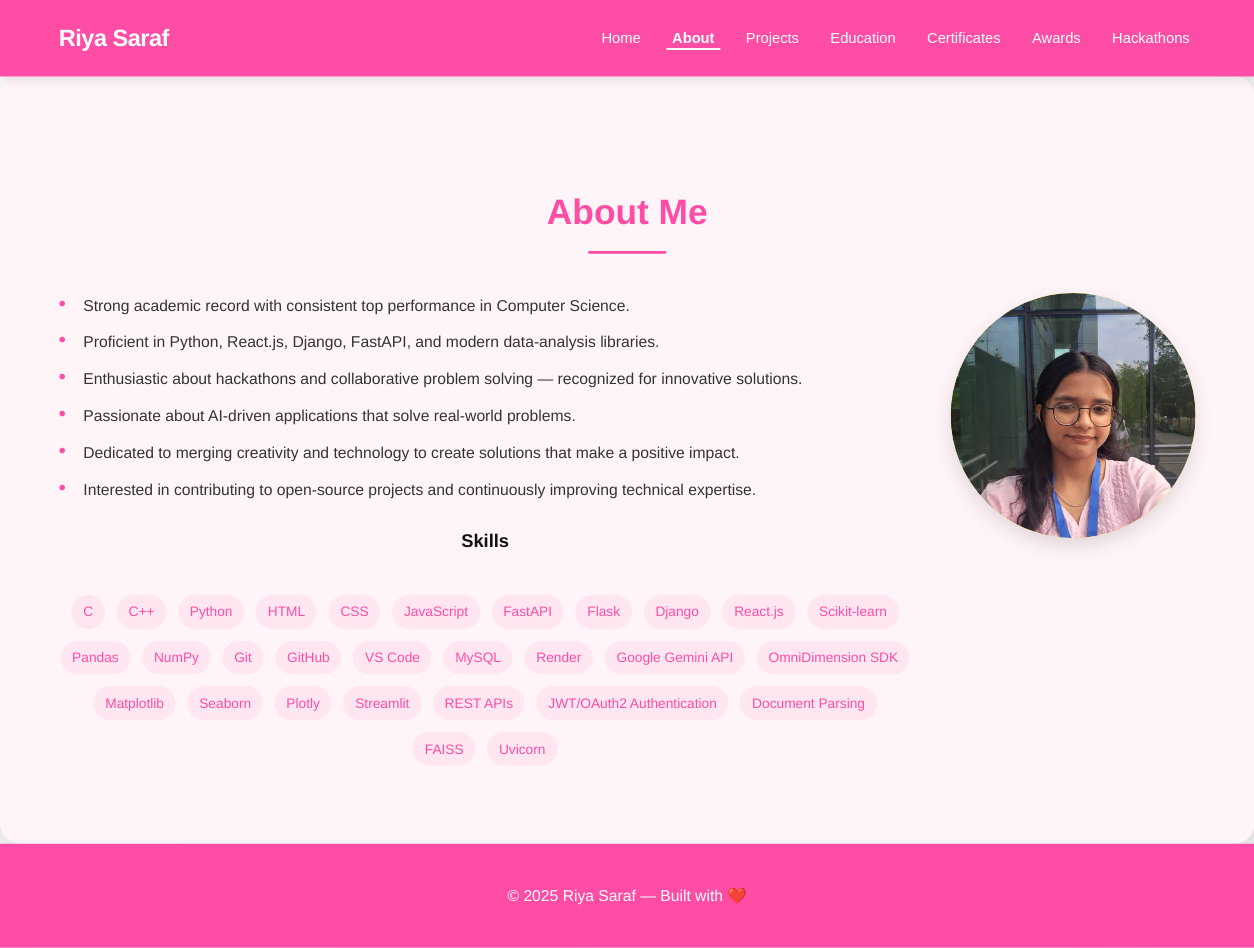
Repository: riyaaaa19/riya-portfolio
Page: /, after clicking the first element matching `nav > :nth-child(2)`
The author's editor kept a copy of each file at every save. The page is drawn from the files as they stood at one save, then again after the next save.
The browser window is 1280 px wide. The pictures show the whole page, at 98% of full size.
The project was rebuilt for these pictures with package versions that can differ from the ones it lists, and the page was loaded fresh each time. Also part of the build but not shown: src/components/TimelineCard.js.

Above is the page before, as saved 2025-09-14 15:49:25.

### src/App.js
import React, { useState } from "react";
import { Mail, Github, Linkedin } from "lucide-react";
import TimelineCard from "./components/TimelineCard";
import "./styles.css";

export default function RiyaSarafPortfolio() {
  const [activePage, setActivePage] = useState("home");

  // ===== Data Sections =====
  const projects = [
    {
      title: "Leave Management System",
      tech: "React.js, FastAPI, PostgreSQL, JWT",
      desc: "Full-stack app for managing employee leave requests with role-based access and JWT authentication.",
      github: "https://github.com/riyaaaa19/leave-management-system",
      img: "/images/leave.png",
    },
    {
      title: "Genomic Analysis Web Application",
      tech: "Python, Django, Scikit-learn, Pandas",
      desc: "Django app for genomic data analysis with ML model selection, preprocessing and visualizations.",
      github: "https://github.com/riyaaaa19/genomic-analysis-django",
      img: "/images/genomics.png",
    },
    {
      title: "CyberSaarthi – Phishing & Invoice Fraud Detection",
      tech: "FastAPI, React.js, SQLite",
      desc: "ML + rule-based backend for phishing and invoice fraud detection with document parsing and structured reports.",
      github: "https://github.com/riyaaaa19/CyberSaarthi",
      img: "/images/cyber.png",
    },
    {
      title: "SheCare AI",
      tech: "FastAPI, React, SQLite, OmniDimension API",
      desc: "Health & wellness assistant for women with cycle tracking, journaling, PCOS risk check, and AI chatbot.",
      github: "https://github.com/sonamnimje/SheCare-AI",
      img: "/images/shecare.png",
    },
    {
      title: "SmartGrocery — AI-Powered Grocery & Recipe Assistant",
      tech: "Flask, Scikit-learn, Bootstrap, CSS",
      desc: "Smart Grocery Web app for recipe suggestions, nutrition tracking, inventory management, and shopping lists.",
      github: "https://github.com/arnavv19/Smart-Grocery-AI",
      img: "/images/grocery.png",
    },
  ];

  const education = [
    {
      school: "BADERIA GLOBAL INSTITUTE OF ENGINEERING AND MANAGEMENT",
      degree: "B.Tech CSE (Data Science)",
      year: "2022 – 2026",
      score: "CGPA: 8.28",
      img: "/images/graduation.png",
    },
    {
      school: "Nachiketa Higher Secondary School, Jabalpur",
      degree: "Class 12th • PCM • State Board",
      year: "2022",
      score: "Percentage: 73.4%",
      img: "/images/school.png",
    },
    {
      school: "Nachiketa Higher Secondary School, Jabalpur",
      degree: "Class 10th • State Board",
      year: "2020",
      score: "Percentage: 92%",
      img: "/images/school.png",
    },
  ];

  const certificates = [
    { title: "PCAP: Programming Essentials in Python", img: "/images/certificate1.jpg" },
    { title: "Introduction to Data Science — Cisco", img: "/images/certificate2.jpg" },
    { title: "Accenture Data Analytics Simulation", img: "/images/certificate3.jpg" },
    { title: "Global Entrepreneur Summit — IIT Kharagpur", img: "/images/certificate4.jpg" },
    { title: "Artificial Intelligence Fundamentals — IBM SkillsBuild", img: "/images/certificate5.jpg" },
    { title: "Cybersecurity Essentials — Cisco", img: "/images/certificate6.jpg" },
    { title: "Data Analytics — IBM Cognos", img: "/images/certificate7.jpg" },
  ];

  const awards = [
    { title: "Branch Topper — 2023, 2024, 2025", img: "/images/award1.jpg" },
    { title: "Best Girls Team Award — Hack SRIT 2025", img: "/images/award2.jpg" },
    { title: "1st Runner-Up — Ecopreneur Hackathon", img: "/images/award3.jpg" },
    { title: "3rd Position — Slide The Change at IEEE SHE ASPIRE 2.0", img: "/images/award4.jpg" },
  ];

  const hackathons = [
    {
      title: "Ecopreneur Hackathon",
      desc: "Hosted by Baderia Global Institute of Engineering and Management",
      img: "/images/hackathon1.jpg",
    },
    {
      title: "36-hour HackSRIT Hackathon",
      desc: "Hosted by Shri Ram Institute of technology",
      img: "/images/hackathon2.jpg",
    },
    {
      title: "Operation Eclipse – Stealth Spacecraft Design & Architecture",
      desc: "Competition at IIITDM Jabalpur",
      img: "/images/hackathon3.jpg",
    },
    {
      title: "Global Entrepreneurship Summit 2025",
      desc: "IIT Kharagpur",
      img: "/images/hackathon4.jpg",
    },
    {
      title: "All India Women only Hackathon 2023",
      desc: "Hosted by Shooting stars foundation",
      img: "/images/hackathon5.jpg",
    },
  ];

  return (
    <div>
      {/* ===== Header ===== */}
      <header>
        <h1>Riya Saraf</h1>
        <nav>
          {["home", "about", "projects", "education", "certificates", "awards", "hackathons"].map((page) => (
            <button
              key={page}
              onClick={() => setActivePage(page)}
              className={activePage === page ? "active" : ""}
            >
              {page.charAt(0).toUpperCase() + page.slice(1)}
            </button>
          ))}
        </nav>
      </header>

      {/* ===== Home Section ===== */}
      {activePage === "home" && (
        <section className="hero">
          <div className="particle-bg">
            <span></span><span></span><span></span><span></span><span></span>
          </div>
          <div className="hero-text">
            <h2>
              Hi There, I'm <span className="highlight">Riya Saraf</span>
            </h2>
            <h3>
              I Am Into{" "}
              <span className="typing-container">
                <span className="typing">Web Development | Data Science | AI/ML</span>
              </span>
            </h3>
            <p>
              Motivated Computer Science undergraduate skilled in Python,
              full-stack development, and ML/AI. Passionate about building
              impactful solutions and contributing to open-source projects.
            </p>

            <div className="hero-buttons">
              <button className="cta" onClick={() => setActivePage("projects")}>View Projects</button>
              <a
                href="https://mail.google.com/mail/?view=cm&fs=1&to=riyasaraf19@gmail.com"
                target="_blank"
                rel="noopener noreferrer"
                className="cta"
              >
                Contact Me
              </a>
              <a
                href={process.env.PUBLIC_URL + "/images/resume.pdf"}
                target="_blank"
                rel="noopener noreferrer"
                className="cta"
              >
                View Resume
              </a>
            </div>

            <div className="social-icons">
              <a href="https://linkedin.com/in/riya-saraf-9223a9257" target="_blank" rel="noreferrer"><Linkedin size={18} /></a>
              <a href="https://github.com/riyaaaa19" target="_blank" rel="noreferrer"><Github size={18} /></a>
              <a href="mailto:riyasaraf19@gmail.com"><Mail size={18} /></a>
              <a href="https://leetcode.com/u/riyaaa19/" target="_blank" rel="noreferrer">LC</a>
              <a href="https://www.hackerrank.com/profile/riyasaraf19" target="_blank" rel="noreferrer">HR</a>
            </div>
          </div>
          <div className="hero-img">
            <div className="avatar-circle">
              <img src="/images/riya-photo.png" alt="Riya Saraf" />
            </div>
          </div>
        </section>
      )}

      {/* ===== About Section ===== */}
      {activePage === "about" && (
        <section className="about">
          <h2>About Me</h2>
          <div className="about-container" style={{ display: "flex", flexWrap: "wrap", gap: "40px", alignItems: "flex-start" }}>

            {/* Left Side: About Text + Skills */}
            <div style={{ flex: 1 }}>
              <ul style={{ paddingLeft: "0", lineHeight: "1", listStyle: "none" }}>
                {[
                  "Strong academic record with consistent top performance in Computer Science.",
                  "Proficient in Python, React.js, Django, FastAPI, and modern data-analysis libraries.",
                  "Enthusiastic about hackathons and collaborative problem solving — recognized for innovative solutions.",
                  "Passionate about AI-driven applications that solve real-world problems.",
                  "Dedicated to merging creativity and technology to create solutions that make a positive impact.",
                  "Interested in contributing to open-source projects and continuously improving technical expertise."
                ].map((point, index) => (
                  <li key={index} style={{ position: "relative", paddingLeft: "25px", marginBottom: "12px", fontSize: "16px", color: "#333" }}>
                    <span style={{ position: "absolute", left: 0, color: "#ff4da6", fontWeight: "bold", fontSize: "20px", lineHeight: "1" }}>•</span>
                    {point}
                  </li>
                ))}
              </ul>

              {/* Skills Section */}
              <h3 style={{ marginTop: "25px", marginBottom: "15px", color: "DarkPink", textAlign: "center" }}>Skills</h3>
              <div className="skills-section" style={{ display: "flex", flexWrap: "wrap", gap: "12px", justifyContent: "center" }}>
                {[
                  "C", "C++", "Python", "HTML", "CSS", "JavaScript",
                  "FastAPI", "Flask", "Django", "React.js", "Scikit-learn", "Pandas", "NumPy",
                  "Git", "GitHub", "VS Code", "MySQL", "Render", "Google Gemini API", "OmniDimension SDK",
                  "Matplotlib", "Seaborn", "Plotly", "Streamlit",
                  "REST APIs", "JWT/OAuth2 Authentication", "Document Parsing", "FAISS", "Uvicorn"
                ].map((skill) => (
                  <span key={skill} className="skills-card" style={{
                    backgroundColor: "#ffe6f0",
                    color: "#ff4da6",
                    padding: "6px 12px",
                    borderRadius: "20px",
                    fontSize: "14px",
                    fontWeight: "500"
                  }}>{skill}</span>
                ))}
              </div>
            </div>

            {/* Right Side: About Image */}
            <div className="about-img" >
              <div className="avatar-circle">
                <img
                  src="/images/about.png"
                  alt="About Me"
                />
              </div>
            </div>
          </div>
        </section>
      )}

      {/* ===== Projects Section ===== */}
      {activePage === "projects" && (
        <section>
          <h2>Projects</h2>
          <div className="grid">
            {projects.map((p, i) => (
              <TimelineCard
                key={i}
                title={p.title}
                subtitle={p.tech}
                img={p.img}
                score={<span style={{ color: "#555" }}>{p.desc}</span>}
                github={p.github}
                live={p.live}
                type="project"
              />
            ))}
          </div>
        </section>
      )}

      {/* ===== Education Section ===== */}
      {activePage === "education" && (
        <section>
          <h2>Education</h2>
          <div className="timeline">
            {education.map((e, i) => (
              <TimelineCard
                key={i}
                title={e.school}
                subtitle={e.degree}
                year={e.year}
                score={e.score}
                img={e.img}
                type="education"
              />
            ))}
          </div>
        </section>
      )}

      {/* ===== Certificates Section ===== */}
      {activePage === "certificates" && (
        <section>
          <h2>Certificates</h2>
          <div className="grid">
            {certificates.map((c, i) => (
              <TimelineCard key={i} title={c.title} img={c.img} type="certificate" />
            ))}
          </div>
        </section>
      )}

      {/* ===== Awards Section ===== */}
      {activePage === "awards" && (
        <section>
          <h2>Awards</h2>
          <div className="grid">
            {awards.map((a, i) => (
              <TimelineCard key={i} title={a.title} img={a.img} type="award" />
            ))}
          </div>
        </section>
      )}

      {/* ===== Hackathons Section ===== */}
      {activePage === "hackathons" && (
        <section>
          <h2>Hackathons & Conferences</h2>
          <div className="grid">
            {hackathons.map((h, i) => (
              <TimelineCard key={i} title={h.title} subtitle={h.desc} img={h.img} type="certificate" />
            ))}
          </div>
        </section>
      )}

      {/* ===== Footer ===== */}
      <footer>© {new Date().getFullYear()} Riya Saraf — Built with ❤️</footer>
    </div>
  );
}

### src/styles.css
/* ===== General Styling ===== */
body {
    margin: 0;
    font-family: 'Helvetica Neue', Arial, sans-serif;
    background: linear-gradient(135deg, #fdfbfb 0%, #ebedee 100%);
    color: #111;
    line-height: 1.6;
    scroll-behavior: smooth;
}

/* ===== Header ===== */
header {
    position: sticky;
    top: 0;
    background: #ff4da6;
    padding: 20px 60px;
    display: flex;
    justify-content: space-between;
    align-items: center;
    z-index: 100;
    box-shadow: 0 4px 12px rgba(0, 0, 0, 0.1);
    animation: slideDown 0.8s ease-in-out;
}

header h1 {
    margin: 0;
    font-size: 24px;
    font-weight: 700;
    color: #fff;
    letter-spacing: -0.5px;
    transition: transform 0.3s ease;
}

header h1:hover {
    transform: scale(1.08);
}

nav button {
    background: none;
    border: none;
    margin-left: 20px;
    font-size: 15px;
    color: #fff;
    cursor: pointer;
    transition: color 0.3s, border-bottom 0.3s, transform 0.3s;
}

nav button.active {
    font-weight: 600;
    border-bottom: 2px solid #fff;
    padding-bottom: 2px;
}

nav button:hover {
    color: #ffe3f0;
    transform: translateY(-2px);
}

/* ===== Sections ===== */
section {
    padding: 80px 60px;
    background: white;
    animation: fadeIn 1s ease-in;
}

section h2 {
    font-size: 32px;
    font-weight: 700;
    margin-bottom: 25px;
    color: #ff4da6;
    text-align: center;
    position: relative;
}

section h2::after {
    content: "";
    width: 60px;
    height: 3px;
    background: #ff4da6;
    display: block;
    margin: 10px auto 0;
    border-radius: 2px;
    animation: expand 0.8s ease-in-out;
}

/* ===== Hero Section ===== */
.hero {
    display: flex;
    flex-wrap: wrap;
    justify-content: space-between;
    align-items: center;
    gap: 50px;
    padding: 100px 60px;
    min-height: 80vh;
    position: relative;
    overflow: hidden;
}

.hero-text {
    flex: 1;
    max-width: 600px;
    display: flex;
    flex-direction: column;
    gap: 12px;
}

.hero-text h2 {
    font-size: 52px;
    font-weight: 800;
    margin: 0;
    line-height: 1.2;
    color: #ff4da6;
}

.hero-text .highlight {
    background: linear-gradient(45deg, #ff4da6, #ff7eb9);
    -webkit-background-clip: text;
    -moz-background-clip: text;
    background-clip: text;
    -webkit-text-fill-color: transparent;
    color: transparent;
}

.hero-text h3 {
    font-size: 22px;
    font-weight: 600;
    margin: 0;
    color: #111;
}

.hero-text p {
    max-width: 520px;
    font-size: 16px;
    color: #333;
    line-height: 1.6;
}

/* ===== Typing Effect Fix ===== */
.typing-container {
    display: inline-block;
    min-width: 300px;
    white-space: nowrap;
}

.typing {
    display: inline-block;
    border-right: 2px solid #ff4da6;
    overflow: hidden;
    vertical-align: middle;
    animation: typing 2.5s steps(30, end) forwards, blink-caret 0.75s step-end infinite;
}

@keyframes typing {
    from { width: 0; }
    to { width: 100%; }
}

@keyframes blink-caret {
    0%, 100% { border-color: transparent; }
    50% { border-color: #ff4da6; }
}

/* ===== Avatar ===== */
.hero-img {
    flex: 1;
    display: flex;
    justify-content: center;
    align-items: center;
}

.avatar-circle {
    width: 380px;
    height: 380px;
    border-radius: 50%;
    background: #ffe066;
    display: flex;
    justify-content: center;
    align-items: center;
    box-shadow: 0 8px 25px rgba(0,0,0,0.15);
    overflow: hidden;
    transition: transform 0.4s ease, box-shadow 0.4s ease;
}

.avatar-circle img {
    width: 95%;
    height: auto;
    border-radius: 50%;
    object-fit: cover;
}

.avatar-circle:hover {
    transform: scale(1.05);
    box-shadow: 0 10px 30px rgba(255, 77, 166, 0.3);
}

/* ===== Buttons ===== */
button.cta,
button.outline {
    margin-right: 12px;
    padding: 10px 22px;
    width: 160px;
    font-size: 15px;
    font-weight: 600;
    border-radius: 8px;
    border: 2px solid transparent;
    cursor: pointer;
    transition: all 0.25s ease;
}
.hero-buttons {
  display: flex;
  gap: 12px;
  margin-top: 20px;
  flex-wrap: wrap;
}

.hero-buttons button.cta,
.hero-buttons a.cta {
  flex: 1;
  min-width: 140px;
  text-align: center;
}

button.cta {
    background: #ff4da6;
    color: white;
}

button.cta:hover {
    background: #e04494;
}

button.outline {
    background: transparent;
    color: #ff4da6;
    border: 2px solid #ff4da6;
}

button.outline:hover {
    background: #ff4da6;
    color: white;
}

a.cta {
    display: inline-block;
    margin-right: 12px;
    padding: 10px 22px;
    font-size: 15px;
    font-weight: 600;
    border-radius: 8px;
    border: 2px solid transparent;
    cursor: pointer;
    transition: all 0.25s ease;
    background: #ff4da6;
    color: white;
    text-decoration: none;
    text-align: center;
}

a.cta:hover {
    background: #e04494;
}

/* ===== Social Icons ===== */
.social-icons {
    display: flex;
    gap: 18px;
    margin-top: 18px;
}

.social-icons a {
    color: #ff4da6;
    transition: color 0.25s;
    font-weight: bold;
    font-size: 15px;
    text-decoration: none;
}

.social-icons a:hover {
    color: #e04494;
}

/* ===== Footer ===== */
footer {
    padding: 40px;
    text-align: center;
    background: #ff4da6;
    color: white;
    font-weight: 500;
}

/* ===== Grid for Projects, Certificates, Awards ===== */
.grid {
    display: grid;
    gap: 25px;
    grid-template-columns: repeat(3, 1fr);
}
@media (max-width: 900px) {
    .grid {
        grid-template-columns: repeat(2, 1fr);
    }
}

@media (max-width: 600px) {
    .grid {
        grid-template-columns: 1fr;
    }
}

/* ===== Timeline for Education ===== */
.timeline {
    position: relative;
    margin-left: 20px;
    padding-left: 40px;
    border-left: 3px solid #ff4da6;
}

.timeline-card {
    position: relative;
    margin-bottom: 40px;
    padding: 20px 20px 20px 40px;
    background: #fff;
    border-radius: 12px;
    box-shadow: 0 4px 12px rgba(0,0,0,0.08);
    transition: transform 0.3s, box-shadow 0.3s;
}

.timeline-card:hover {
    transform: scale(1.03);
    box-shadow: 0 6px 18px rgba(0,0,0,0.15);
}

.timeline-card span {
    position: absolute;
    left: -28px;
    top: 20px;
    width: 20px;
    height: 20px;
    border-radius: 50%;
    background: #ff4da6;
    color: #fff;
    display: flex;
    justify-content: center;
    align-items: center;
    font-size: 14px;
}

/* ===== Animations ===== */
@keyframes fadeIn {
    0% { opacity: 0; transform: translateY(20px); }
    100% { opacity: 1; transform: translateY(0); }
}

@keyframes slideDown {
    0% { transform: translateY(-100%); }
    100% { transform: translateY(0); }
}

@keyframes expand {
    0% { width: 0; }
    100% { width: 60px; }
}

/* ===== Responsive ===== */
@media (max-width: 900px) {
    .hero {
        flex-direction: column;
        text-align: center;
    }
    .hero-img {
        margin-top: 30px;
    }
}

/* ===== Timeline Styling for Education (Right-side Images) ===== */
.timeline {
    position: relative;
    padding-right: 60px;
    margin-left: 20px;
    border-left: 3px solid #ff4da6;
}

.timeline .timeline-card {
    position: relative;
    margin-bottom: 30px;
    padding: 15px 20px;
    background: #fff;
    border-radius: 12px;
    box-shadow: 0 4px 12px rgba(0,0,0,0.08);
    transition: transform 0.2s;
}

.timeline .timeline-card:hover {
    transform: scale(1.03);
}

.timeline .timeline-card img {
    width: 50px;
    height: 50px;
    object-fit: cover;
    border-radius: 50%;
    position: absolute;
    right: -65px;
    top: 15px;
    box-shadow: 0 3px 10px rgba(0,0,0,0.15);
}

.timeline .timeline-card h4 {
    margin: 0 0 6px 0;
    font-size: 16px;
    font-weight: 600;
}

.timeline .timeline-card p {
    margin: 2px 0;
    font-size: 14px;
    color: #555;
}

/* ===== About Section ===== */
.about {
    background: #fff5f9;
    padding: 80px 60px;
    border-radius: 20px;
    box-shadow: 0 8px 25px rgba(0,0,0,0.1);
    animation: fadeIn 1s ease-in-out;
}

.about h2 {
    font-size: 36px;
    color: #ff4da6;
    text-align: center;
    font-weight: 800;
    margin-bottom: 40px;
    position: relative;
}

.about h2::after {
    content: "";
    display: block;
    width: 80px;
    height: 3px;
    background: #ff4da6;
    margin: 10px auto 0;
    border-radius: 2px;
}

/* About container layout */
.about-container {
    display: flex;
    flex-wrap: wrap;
    gap: 40px;
    align-items: flex-start;
}

/* Text points */
.about-container ul {
    flex: 1;
    list-style: none;
    padding: 0;
    margin: 0;
}

.about-container ul li {
    font-size: 16px;
    color: #333;
    line-height: 1.6;
    padding-left: 30px;
    margin-bottom: 12px;
    position: relative;
    padding-left: 30px;
    align-items: flex-start;
}

.about-container ul li::before {
    position: absolute;
    left: 0;
    top: 0;
    font-size: 18px;
    color: #ff4da6;
    font-weight: bold;
    line-height: 1;
}

/* About image */
.about-img {
    flex: 0 0 250px;
    text-align: center;
}

.about-img .avatar-circle {
    width: 250px;
    height: 250px;
    margin: 0 auto;
    border-radius: 50%;
    overflow: hidden;
    box-shadow: 0 8px 20px rgba(0,0,0,0.12);
    transition: transform 0.4s ease, box-shadow 0.4s ease;
}

.about-img .avatar-circle img {
    width: 100%;
    height: 100%;
    object-fit: cover;
}

.about-img .avatar-circle:hover {
    transform: scale(1.05);
    box-shadow: 0 12px 30px rgba(255,77,166,0.3);
}

/* ===== Skills Section ===== */
.skills-section {
    flex: 1 1 100%;
    display: flex;
    flex-wrap: wrap;
    gap: 10px; /* spacing between capsules */
    margin-top: 40px;
    justify-content: center;
}

.skills-card {
    background: #ffe6f0;
    color: #ff4da6;
    padding: 8px 15px;
    border-radius: 50px;
    font-size: 14px;
    font-weight: 600;
    display: inline-block;
    transition: transform 0.2s, box-shadow 0.2s;
    cursor: default;
}

.skills-card:hover {
    transform: translateY(-3px);
    box-shadow: 0 8px 20px rgba(255,77,166,0.2);
}

.skills-card h4,
.skills-card ul,
.skills-card li {
    display: none; /* hide old headings/lists */
}

/* ===== Responsive About Section ===== */
@media (max-width: 900px) {
    .about-container {
        flex-direction: column;
        align-items: center;
        text-align: center;
    }
    .about-img {
        margin-top: 30px;
    }
}

@media (max-width: 600px) {
    .skills-section {
        justify-content: center;
    }
}

Loaded but not shown: public/index.html (common file); src/index.js (common file)

After the next save:
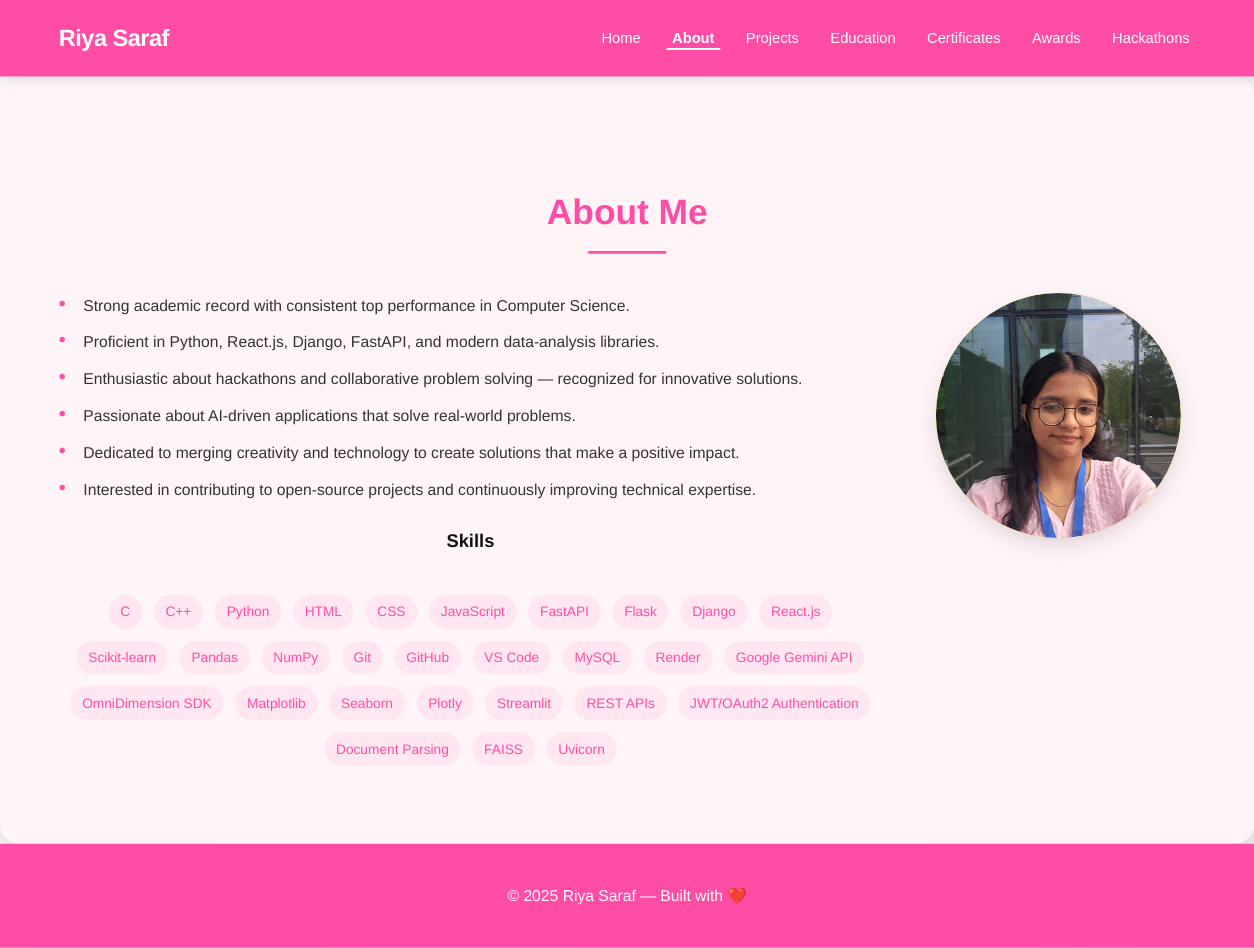
Saved 66 s later.
--- a/src/styles.css
+++ b/src/styles.css
@@ -483,7 +483,7 @@ footer {
 
 /* About image */
 .about-img {
-    flex: 0 0 250px;
+    flex: 0 0 280px;
     text-align: center;
 }
 
